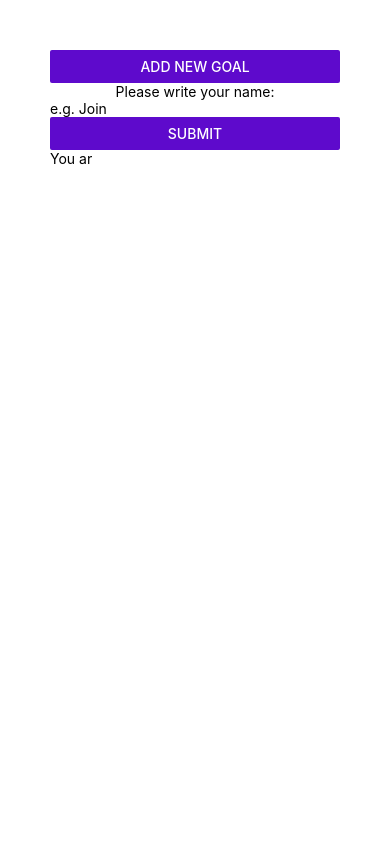
Repository: ntu34543/React-Native-Example1
Screen: /
An editor plug-in stored every save of this project. The screen is shown before and after a run of saves, followed by the edit.
The app was drawn by React Native's web renderer in a window 390 px wide. The project was rebuilt for these pictures with package versions that can differ from the ones it lists, and the page was loaded fresh each time. Also part of the build but not shown: components/Goalltem.js.

Above is the screen before, as saved 2022-09-12 15:34:23.

### App.js
import { useState } from "react";
import {
  StyleSheet,
  View,
  FlatList,
  Button,
  Text,
  Linking,
  TextInput,
} from "react-native";
import { StatusBar } from "expo-status-bar";

import GoalItem from "./components/Goalltem";
import GoalInput from "./components/Goallnput";

export default function App() {
  const [modalIsVisible, setModalIsVisible] = useState(false);
  const [courseGoals, setCourseGoals] = useState([]);
  const [name, setName] = useState("");
  const [submitted, setSubmitted] = useState(false);
  // console.log(courseGoals);
  const onPressHandler = () => {
    setSubmitted(!submitted);
  };

  function startAddGoalHandler() {
    setModalIsVisible(true);
  }

  function endAddGoalHandler() {
    setModalIsVisible(false);
  }

  function addTextInput(enteredGoalText) {
    setCourseGoals((currentCourseGoals) => [
      ...currentCourseGoals,
      { text: enteredGoalText, id: Math.random().toString() },
    ]);
    endAddGoalHandler();
  }

  function deleteGoalHandler(id) {
    setCourseGoals((currentCourseGoals) => {
      return currentCourseGoals.filter((goal) => goal.id !== id);
    });
  }

  return (
    <>
      <StatusBar style="auto" />
      <View style={styles.container}>
        <Button
          title="Add new Goal"
          color="#5e0acc"
          onPress={startAddGoalHandler}
        />
        <Text style={styles.textLinking}>Please write your name:</Text>
        <TextInput
          style={styles.input}
          placeholder="e.g. Join"
          onChangeText={(value) => setName(value)}
        />
        <Button
          title="Submit"
          color="#5e0acc"
          onPress={onPressHandler}
          // onPress={() => {
          //   Linking.openURL(
          //     "https://ca.slack-edge.com/T324R7VB6-U03RS7EKJHG-323b9d1b6216-512"
          //   );
          // }}
        />
        {submitted}
        <Text>You ar</Text>
        <GoalInput
          visible={modalIsVisible}
          onAddGoal={addTextInput}
          onCancer={endAddGoalHandler}
        />
        <View style={styles.goalsContainer}>
          <FlatList
            data={courseGoals}
            style={styles.goalsContainer}
            renderItem={(itemData) => {
              return (
                <GoalItem
                  text={itemData.item.text}
                  id={itemData.item.id}
                  onDeleteItem={deleteGoalHandler}
                />
              );
            }}
            keyExtractor={(item, index) => {
              return index.id;
            }}
            alwaysBounceVertical={false}
          />
        </View>
      </View>
    </>
  );
}

const styles = StyleSheet.create({
  container: {
    padding: 50,
  },
  goalsContainer: {
    // flex: 4,
  },
  textLinking: {
    textAlign: "center",
  },
});

### components/Goallnput.js
import { useState } from "react";
import { StyleSheet, View, TextInput, Button, Modal, Image } from "react-native";
function GoalInput(props) {
  const [enteredGoalText, setEnteredGoalText] = useState("");

  function textInput(enteredText) {
    setEnteredGoalText(enteredText);
    // console.log(enteredText);
  }

  function addGoalHandler() {
    props.onAddGoal(enteredGoalText);
    setEnteredGoalText("");
  }

  return (
    <Modal visible={props.visible} animationType="slide">
      <View style={styles.inputContainer}>
          <Image style={styles.image} source={require('../assets/favicon.png')} />
        <TextInput
          style={styles.textInput}
          placeholder="Email............"
          onChangeText={textInput}
          value={enteredGoalText}
        />
        <View style={styles.buttonContainer}>
          <View style={styles.button}>
            <Button title="Click!" onPress={addGoalHandler} />
          </View>
          <View style={styles.button}>
            <Button title="Cancer!" onPress={props.onCancer}/>
          </View>
        </View>
      </View>
    </Modal>
  );
}

export default GoalInput;

const styles = StyleSheet.create({
  inputContainer: {
    flex: 1,
    justifyContent: "center",
    alignItems: "center",
    paddingBottom: 24,
    padding: 16,
    borderBottomWidth: 1,
    borderBottomColor: "gray",
    backgroundColor: 'pink'
  },
  image: {
      width: 100,
      height: 100,
      margin: 20,
  },
  textInput: {
    borderWidth: 1,
    borderColor: "#cccccc",
    width: "100%",
    padding: 8,
  },
  buttonContainer: {
      marginTop: 16,
    flexDirection: "row",
  },
  button: {
      width: '30%',
      marginHorizontal: 8,
  }
});

After the next 6 saves:
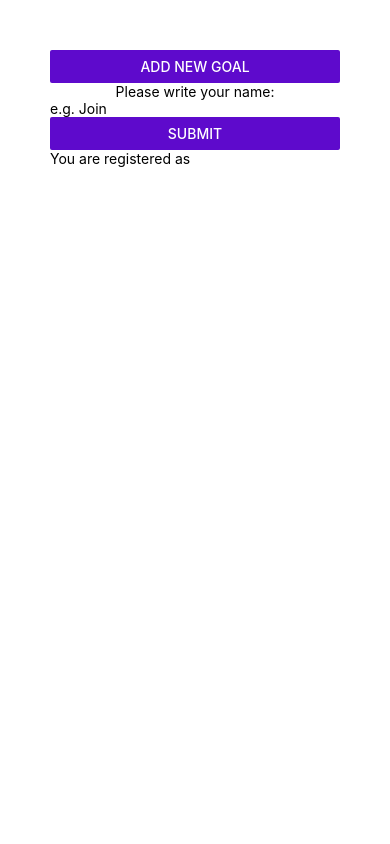
The 6 saves are shown as one change because they came seconds apart.
The last was saved 13 s later.
--- a/App.js
+++ b/App.js
@@ -71,7 +71,7 @@ export default function App() {
           // }}
         />
         {submitted}
-        <Text>You ar</Text>
+        <Text>You are registered as {name}</Text>
         <GoalInput
           visible={modalIsVisible}
           onAddGoal={addTextInput}
